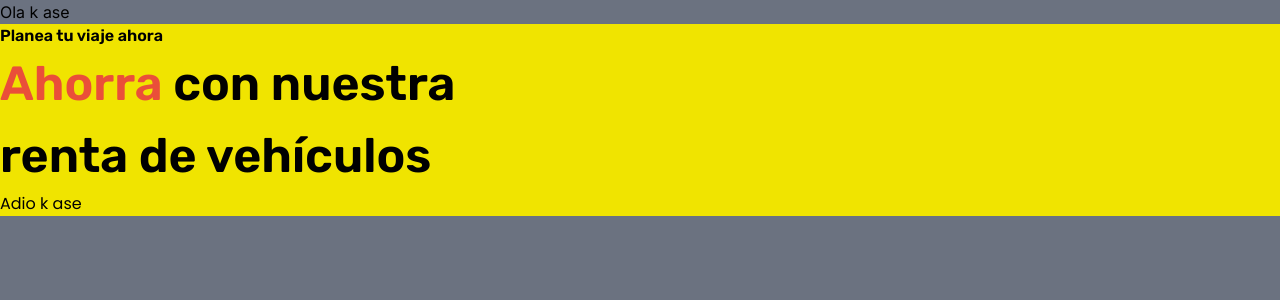
Repository: aldovelacasas/PF_RentCar2
Page: /homePage
An editor plug-in stored every save of this project. The page is shown before and after the next save, followed by the edit.
The browser window is 1280 px wide. The pictures show the whole page.
The project was rebuilt for these pictures with package versions that can differ from the ones it lists, and the page was loaded fresh each time. The framework's server and built-in components were replaced by stand-ins that run in the browser. Also part of the build but not shown: next.config.js.

Above is the page before, as saved 2023-08-29 18:55:18.

### src/app/layout.jsx
import "./globals.css";
import { Inter } from "next/font/google";

const inter = Inter({ subsets: ["latin"] });

export const metadata = {
  title: "Create Next App",
  description: "Generated by create next app",
};

export default function RootLayout({ children }) {
  return (
    <html lang="en">
      <body className={inter.className}>
        <h1>Ola k ase</h1>
        <div className="h-[calc(100vh-5rem)]">{children}</div>
      </body>
    </html>
  );
}

### src/app/homePage/page.jsx
import { Rubik, Poppins } from "next/font/google";

const fontRubik = Rubik({
  weight: "600",
  subsets: ["latin"],
});

const fontPoppins = Poppins({
  weight: "400",
  subsets: ["latin"],
});
const poppins = fontPoppins.className;
const rubik = fontRubik.className;

function HomePage() {
  return (
    <div className={`bg-amarillo_status ${rubik}`}>
      <p className={`${poppins.className}`}>Planea tu viaje ahora</p>
      <p className="text-[3em]">
        <span className="text-naranja_enf">Ahorra </span>con nuestra{" "}
      </p>
      <p className="text-[3em]">renta de vehículos</p>
      <div>
        <p className={`${poppins}`}>Adio k ase</p>
      </div>
    </div>
  );
}

export default HomePage;

### src/app/api/products/[id]/route.js
import { NextResponse } from "next/server";
import {conn} from "@/libs/mysql"

export async function GET(request,{params}){
  try {
    const result = await conn.query("SELECT * FROM product WHERE id = ?", [params.id])
    if(result.length === 0 ){
        return NextResponse.json(
         {
            message: "producto no encontrado",
         },
         {
            status:404,
         }
        );
    }
    return NextResponse.json(result[0])
  } catch (error) {
    return NextResponse.json(
        {
            message:error.message,
        },
        {status: 500}
    )
  }
}

export async function DELETE (request,{params} ){
    try {
     const result = await conn.query("DELETE FROM product WHERE id = ?", [params.id]);
     if(result.affectedRows === 0){
         return NextResponse.json({message:"Producto no encontrado"},{status:404})
     }

     return new Response (null, {status: 204})
 } catch (error) {
     return NextResponse.json({message:error.message},{status:500})
 }
    }

export async  function PUT(request, {params}){
   try {
    const data = await request.json()
    const result = await conn.query("UPDATE product SET ? WHERE id = ?", [data , params.id])

    if (result.affectedRows === 0) {
        return NextResponse.json(
        {
            message: "producto no encontrado",
        },
        {
            status: 400,
        }
        )
    }
     const updateProduct = await conn.query("SELECT * FROM product WHERE id = ?", [params.id])

  return NextResponse.json(updateProduct[0])

   } catch (error) {
    return NextResponse.json(
        {
            message: error.message,
        },
        { status: 500}
    )
   }
}

### src/app/api/products/route.js
import { NextResponse } from "next/server";
import {conn} from "@/libs/mysql";

export async function GET(){
    try {
        const results = await conn.query("SELECT * FROM product");
        return NextResponse.json(results)

    } catch (error) {
        return NextResponse.json(
        {
          message: error.message,
        },
        {
            status:500,
        }

        );
    }
}

    export async function POST (request) {
  try {
    const {name, price, year, model, capacity, type, description, image, transmission,  }= await request.json();

    const result  = await conn.query("INSERT INTO product SET ?", {
        name,
        price,
        year,
        model,
        capacity,
        type,
        transmission,
        image,
        description

    })

    return NextResponse.json({
        name,
        price,
        year,
        model,
        capacity,
        type,
        transmission,
        image,
        description,
        id: result.insertId,

    })

  } catch (error) {
    console.log(error);
    return NextResponse.json(
    {
        message: error.message,
    },
    {
        status:500,
    }
    );
  }

}

### src/app/globals.css
@tailwind base;
@tailwind components;
@tailwind utilities;

body {
   @apply bg-gray-500; /* Fondo más claro */
   color: gray-800; /* Texto oscuro */
}

### tailwind.config.js
/** @type {import('tailwindcss').Config} */
module.exports = {
  content: [
    "./src/pages/**/*.{js,ts,jsx,tsx,mdx}",
    "./src/components/**/*.{js,ts,jsx,tsx,mdx}",
    "./src/app/**/*.{js,ts,jsx,tsx,mdx}",
  ],
  theme: {
    extend: {
      backgroundImage: {
        "gradient-radial": "radial-gradient(var(--tw-gradient-stops))",
        "gradient-conic":
          "conic-gradient(from 180deg at 50% 50%, var(--tw-gradient-stops))",
      },
      colors: {
        gris_fondo: "#dbdbdb",
        gris_frente: "#e9e9e9",
        negro_fondo: "#282828",
        naranja_enf: "#ea4f39",
        rojo_status: "#e30613",
        verde_status: "#4aaf4d",
        amarillo_status: "#f0e400",
      },
    },
  },
  plugins: [],
};

Loaded but not shown: src/app/api/bookings/[id]/route.js (no copy from this time; the picture is the same without it); src/app/api/bookings/route.js (no copy from this time; the picture is the same without it); src/app/api/create-payment-intent/route.js (no copy from this time; the picture is the same without it); src/app/api/post/[id]/route.js (no copy from this time; the picture is the same without it); src/app/api/post/route.js (no copy from this time; the picture is the same without it); src/app/api/users/[id]/route.js (no copy from this time; the picture is the same without it); src/app/api/users/route.js (no copy from this time; the picture is the same without it)

After the next save:
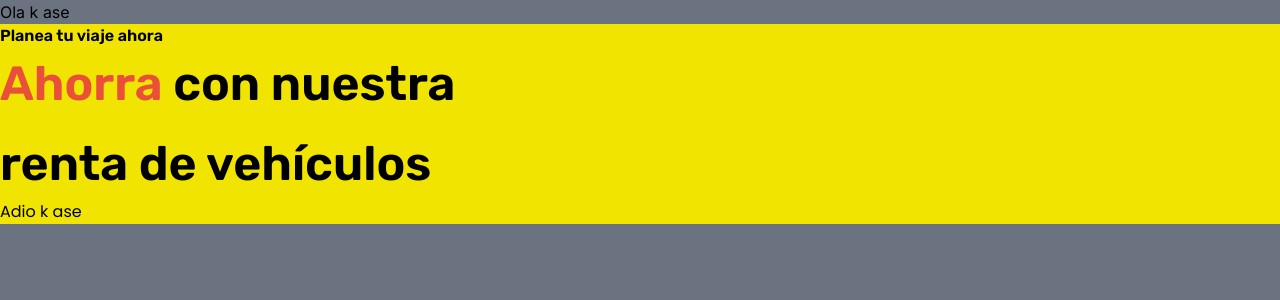
Saved 21 s later.
--- a/src/app/homePage/page.jsx
+++ b/src/app/homePage/page.jsx
@@ -19,7 +19,7 @@ function HomePage() {
       <p className="text-[3em]">
         <span className="text-naranja_enf">Ahorra </span>con nuestra{" "}
       </p>
-      <p className="text-[3em]">renta de vehículos</p>
+      <p className="text-[3em] mt-2">renta de vehículos</p>
       <div>
         <p className={`${poppins}`}>Adio k ase</p>
       </div>

After the save that followed:
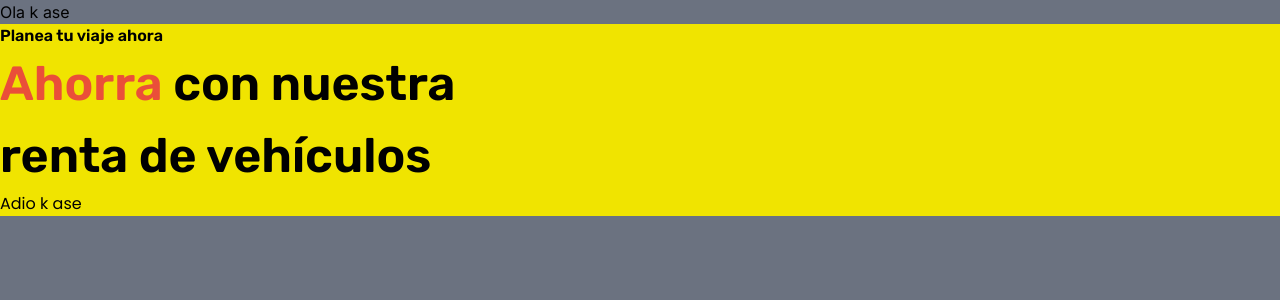
Saved 6 s later.
--- a/src/app/homePage/page.jsx
+++ b/src/app/homePage/page.jsx
@@ -19,7 +19,7 @@ function HomePage() {
       <p className="text-[3em]">
         <span className="text-naranja_enf">Ahorra </span>con nuestra{" "}
       </p>
-      <p className="text-[3em] mt-2">renta de vehículos</p>
+      <p className="text-[3em] mt-0">renta de vehículos</p>
       <div>
         <p className={`${poppins}`}>Adio k ase</p>
       </div>
